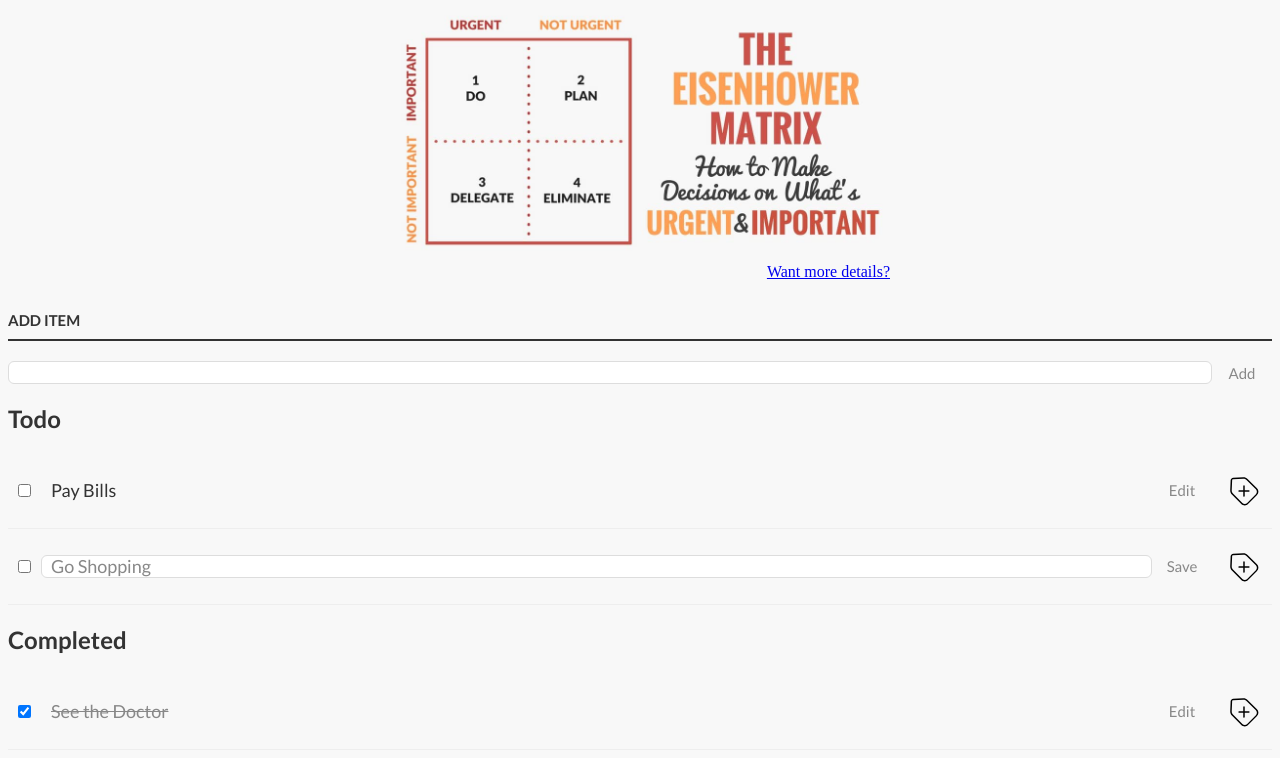
Repository: dev1siWoo/clean-code-s1e1
Page: index.html
An editor plug-in stored every save of this project. The page is shown before and after a run of saves, followed by the edit.
The browser window is 1280 px wide. The pictures show the whole page.

Above is the page before, as saved 2024-01-08 22:41:46.

After the next 2 saves:
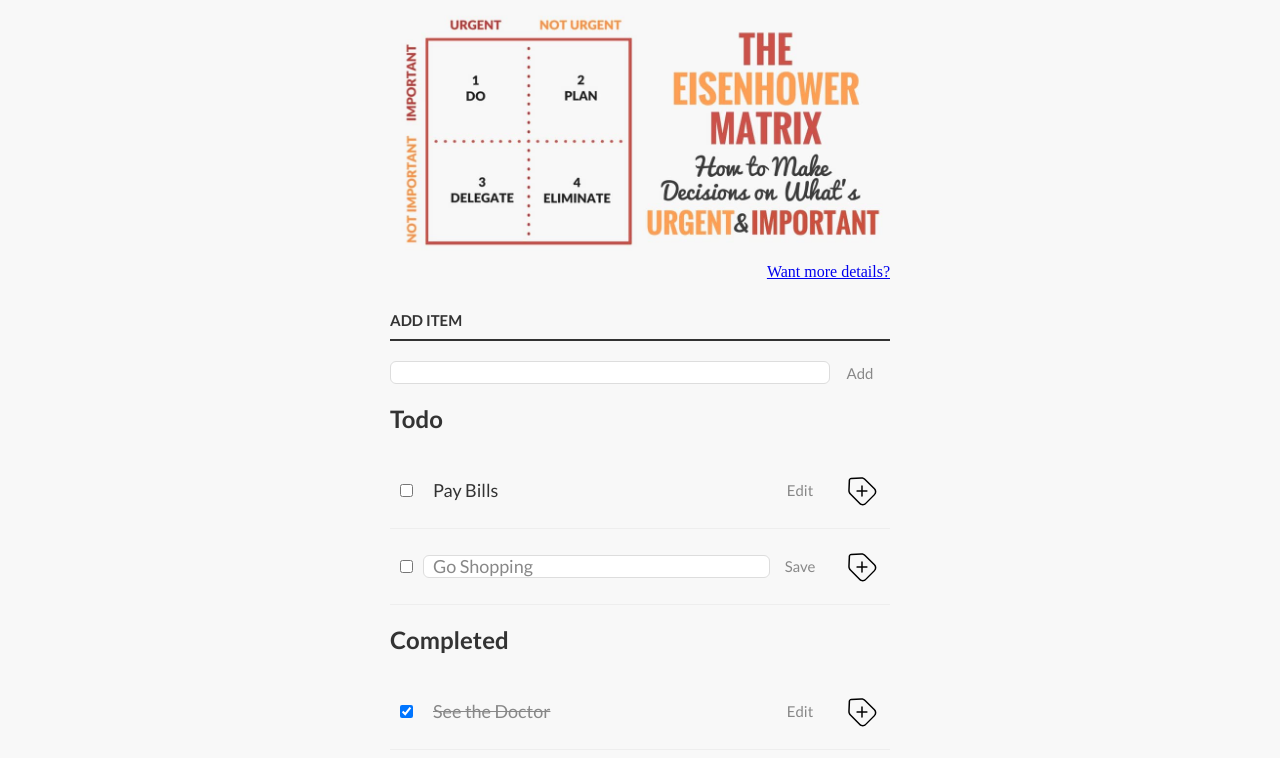
The 2 saves are shown as one change because they came seconds apart.
The last was saved 6 s later.
--- a/style.css
+++ b/style.css
@@ -22,7 +22,7 @@
     text-align: center;
   }
 }
-.centered-main-page-element {
+.main-page {
   display: block;
   width: 500px;
   margin: 0 auto 0;
